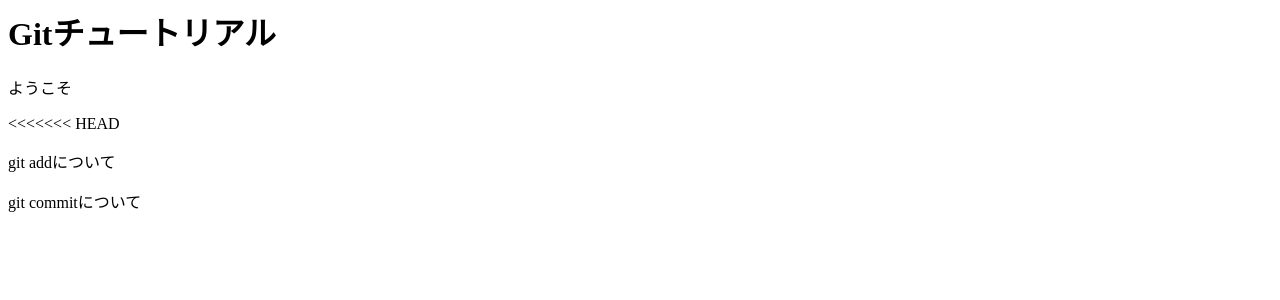
Repository: nya5/samurai_HTML-CSS
Page: ind.html
The author's editor kept a record of every edit. The page is drawn from the files as they stood at one moment, then again after the next edit.
The browser window is 1280 px wide. The pictures show the whole page.

Above is the page before.

After the next edit:
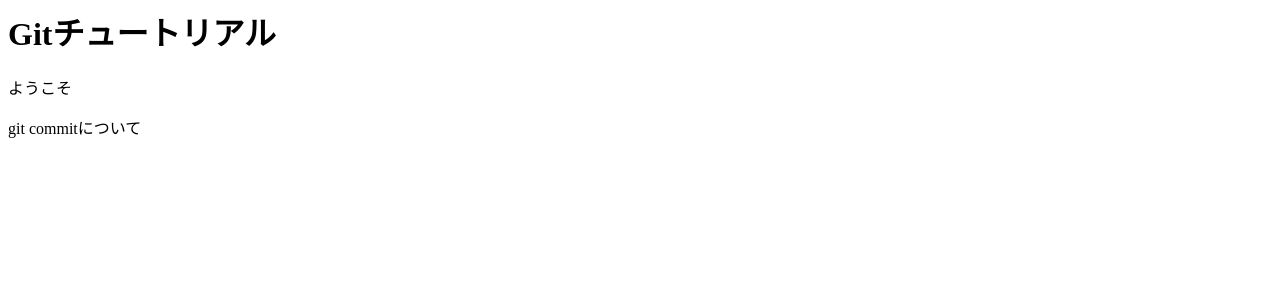
The edit:
--- a/ind.html
+++ b/ind.html
@@ -1,5 +1,3 @@
 <h1>Gitチュートリアル</h1>
 <p>ようこそ</p>
-<<<<<<< HEAD
-<p>git addについて</p>
 <p>git commitについて</p>
